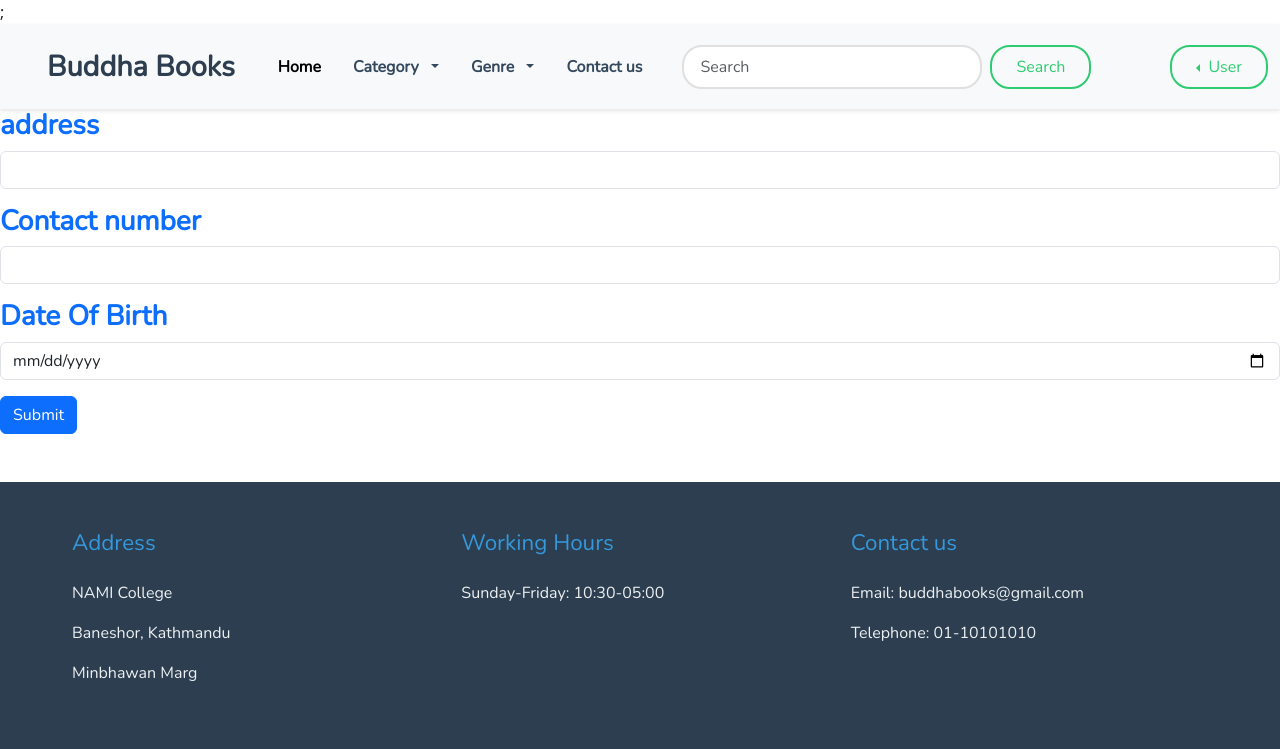
Repository: Shuprawal/Library-Management-System
Page: resources/views/addProfile.blade.php
The author's editor kept a copy of each file at every save. The page is drawn from the files as they stood at one save, then again after the next save.
The browser window is 1280 px wide. The pictures show the whole page.
Some web libraries are served in a nearby version. The page is served by the project's Laravel application, run on PHP 8.4 with Laravel 12. The database holds what the project's SQL file puts in it. The template is opened directly, without the code that normally fills it, so the values that code supplies are empty.

Above is the page before, as saved 2024-12-29 12:46:16.

After the next save:
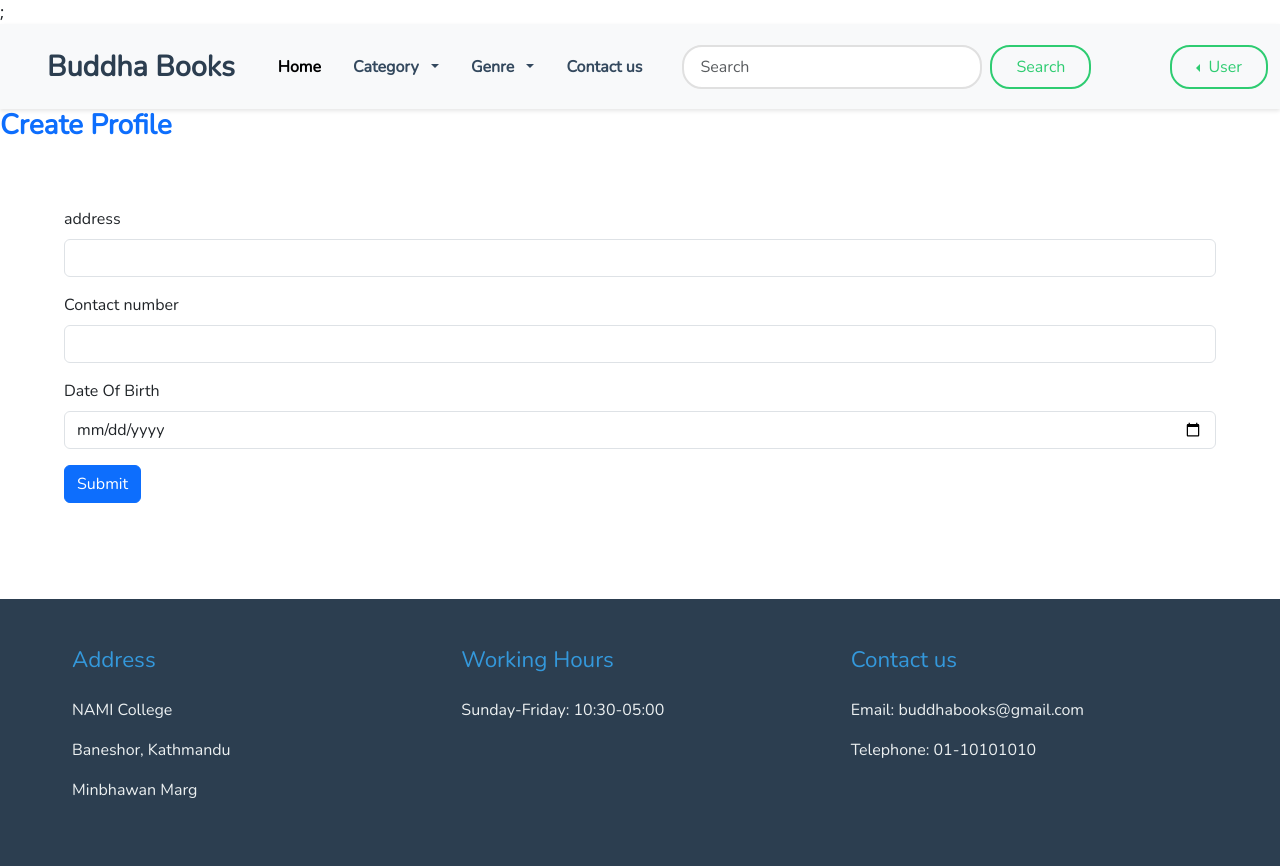
Saved 4 s later.
--- a/resources/views/addProfile.blade.php
+++ b/resources/views/addProfile.blade.php
@@ -1,6 +1,6 @@
 @extends('layouts.try');
 @section('hom-body')
-<h3 class="fw-bold text-primary >Create Profile</h3>
+<h3 class="fw-bold text-primary" >Create Profile</h3>
 <form action="{{route('profilecreate')}}" method="Post" class="m-3 p-5">
 @csrf
 
